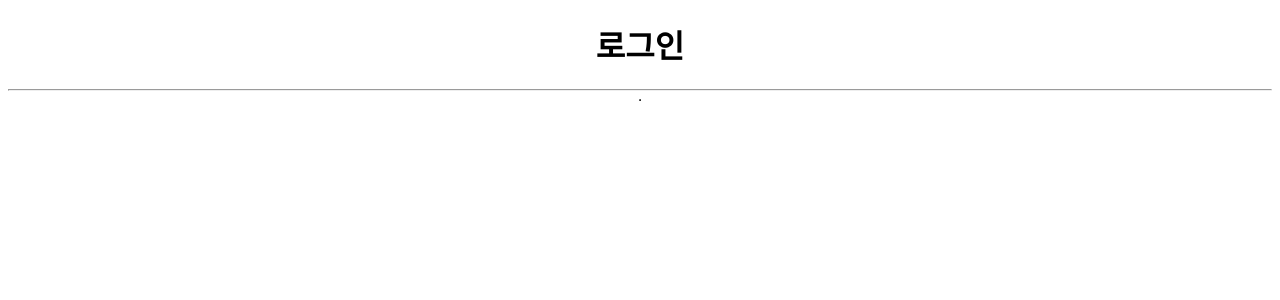
Repository: Mockingbirs/src
Page: http://localhost/ch11_SpringMVC_Board/login.jsp
The author's editor kept a copy of each file at every save. The page is drawn from the files as they stood at one save, then again after the next save.
The browser window is 1280 px wide. The pictures show the whole page.
The page is served by Tomcat 9. Nobody is signed in. The application's start-up code is not run.

Above is the page before, as saved 2022-09-14 07:40:21.

After the next save:
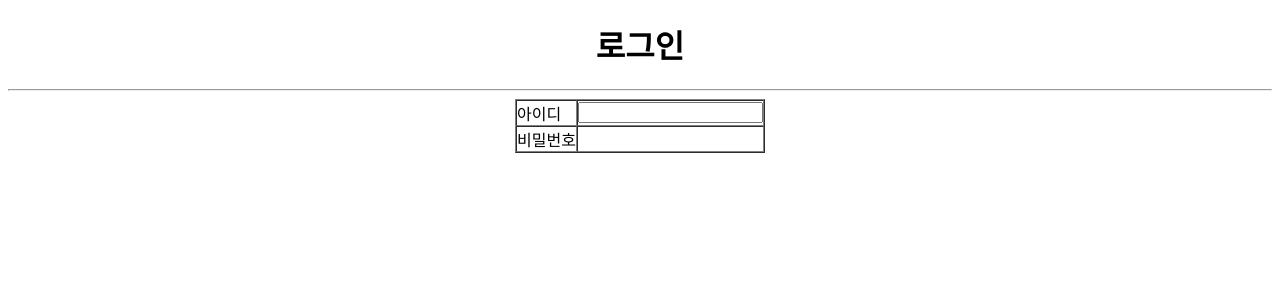
Saved 103 s later.
--- a/ch11_SpringMVC_Board/src/main/webapp/login.jsp
+++ b/ch11_SpringMVC_Board/src/main/webapp/login.jsp
@@ -11,9 +11,18 @@
 	<h1 align="center">로그인</h1>
 	<hr>
 	<form action="./login.do" method="post">
-	<table border="1" cellpadding="0" cellspacing="0" align="center">
+		<table border="1" cellpadding="0" cellspacing="0" align="center">
+			<tr>
+				<td>아이디</td>
+				<td><input></td>
+			</tr>
 
-	</table>
+			<tr>
+				<td>비밀번호</td>
+				<td></td>
+			</tr>
+
+		</table>
 	</form>
 
 </body>
